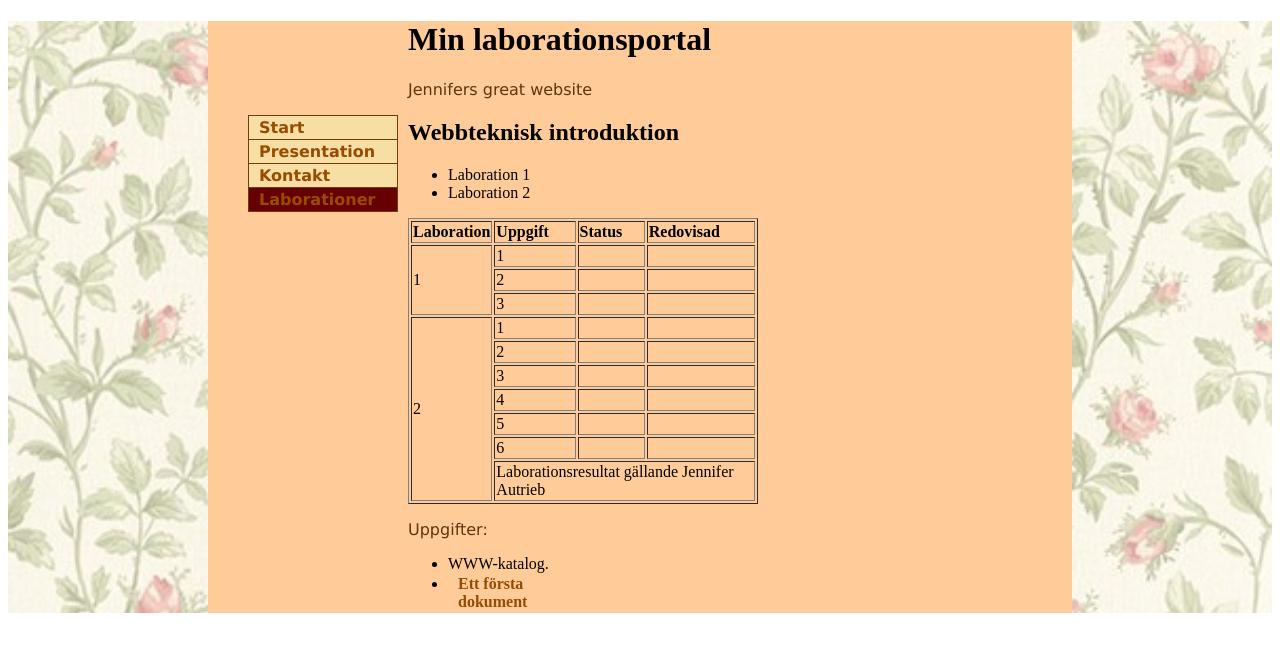
Repository: JeAut/1ik415-JeAut-laborationer
Page: WWW/pages/laborationer.html
The author's editor kept a record of every edit. The page is drawn from the files as they stood at one moment, then again after the next edit.
The browser window is 1280 px wide. The pictures show the whole page.

Above is the page before.

After the next edit:
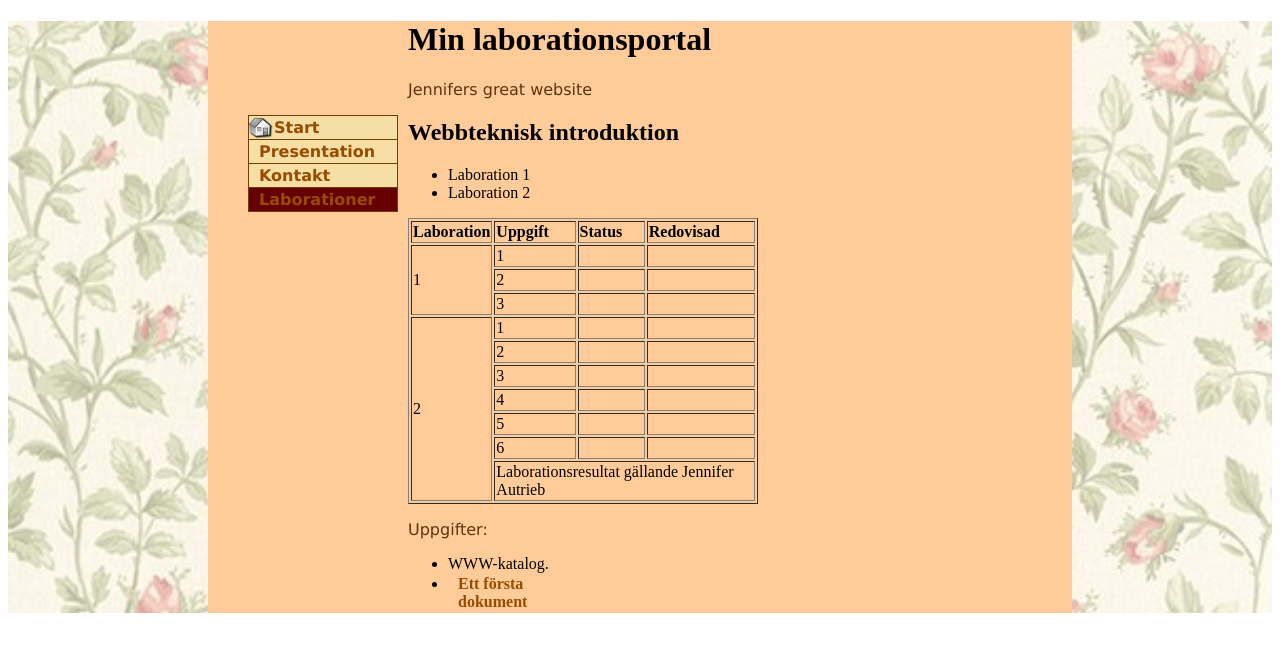
The edit:
--- a/WWW/pages/laborationer.html
+++ b/WWW/pages/laborationer.html
@@ -19,7 +19,7 @@
             <div id="bc">
             <div id="ulsidemenu">
             <div id="ulsidemenu2">
-            <li><a href="../../index.html"> Start</a></li>
+            <li><a href="../../index.html" class="buttonstart"> Start</a></li>
             </div>
             <div id="ulsidemenu2">
             <li><a href="Presentation.html"> Presentation</a></li>
